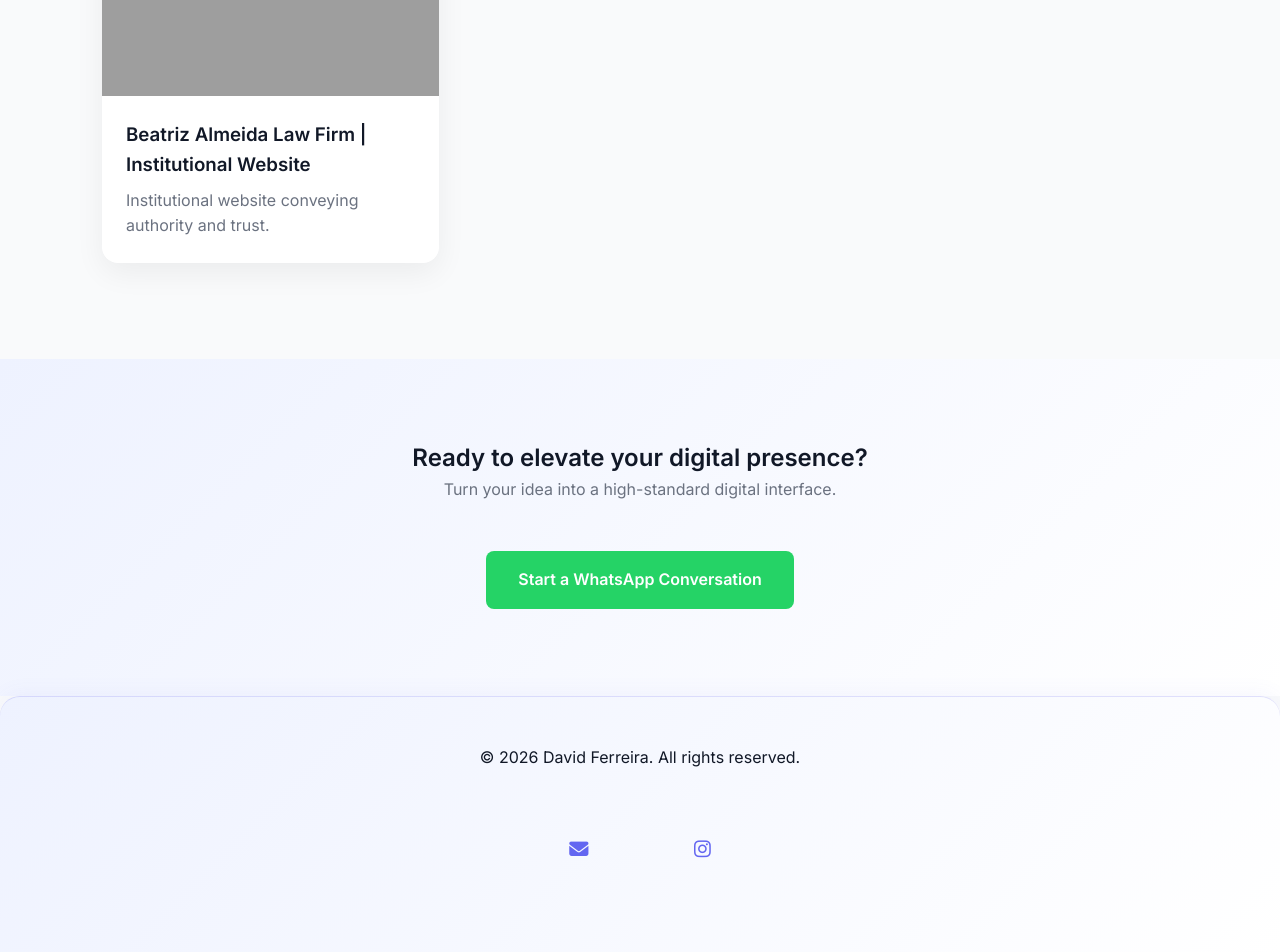
Repository: davidfsillva/David_Ferreira
Page: index.html
An editor plug-in stored every save of this project. The page is shown before and after a run of saves, followed by the edit.
The browser window is 1280 px wide. The pictures show the part of the page from y = 2022 to 2974 px (the page is 2974 px tall before and 2942 px after).
Pictures or frames that could not be fetched are drawn as grey boxes.

Above is the page before, as saved 2026-02-11 15:52:55.
Console error: TypeError: Cannot read properties of null (reading 'addEventListener')

### index.html
<!DOCTYPE html>
<html lang="en">
<head>
    <meta charset="UTF-8">
    <meta name="viewport" content="width=device-width, initial-scale=1.0">

    <title>David Ferreira | Front-end Developer & Premium UI Designer</title>

    <!-- Primary SEO -->
    <meta name="description" content="David Ferreira is a front-end developer specialized in premium interfaces, high-conversion landing pages, and modern digital experiences.">
    <meta name="keywords" content="Front-end Developer, Web Designer, UI Designer, Landing Page, Web Development, Freelancer Brazil">
    <meta name="author" content="David Ferreira">
    <meta name="robots" content="index, follow">
    <link rel="canonical" href="https://yourdomain.com/">

    <!-- Open Graph (Facebook, LinkedIn) -->
    <meta property="og:title" content="David Ferreira | Premium Front-end Developer">
    <meta property="og:description" content="High-standard digital interfaces focused on performance and conversion.">
    <meta property="og:image" content="https://yourdomain.com/preview.jpg">
    <meta property="og:url" content="https://yourdomain.com/">
    <meta property="og:type" content="website">

    <!-- Twitter Card -->
    <meta name="twitter:card" content="summary_large_image">
    <meta name="twitter:title" content="David Ferreira | Web Developer">
    <meta name="twitter:description" content="Premium web development focused on performance and modern design.">
    <meta name="twitter:image" content="https://yourdomain.com/preview.jpg">

    <!-- Favicon -->
    <link rel="icon" href="favicon.ico" type="image/x-icon">

    <!-- Fonts -->
    <link href="https://fonts.googleapis.com/css2?family=Inter:wght@300;400;600&family=Plus+Jakarta+Sans:wght@700;800&display=swap" rel="stylesheet">

    <!-- Font Awesome -->
    <link rel="stylesheet" href="https://cdnjs.cloudflare.com/ajax/libs/font-awesome/6.5.0/css/all.min.css" integrity="sha512-..." crossorigin="anonymous" referrerpolicy="no-referrer" />

    <link rel="stylesheet" href="style.css">
</head>

<body>

    <!-- NAVBAR -->
    <nav class="navbar">
        <div class="logo"><a href="#">David | Web Developer<span>.</span></a></div>

        <ul class="nav-links">
            <li><a href="#about">About</a></li>
            <li><a href="#portfolio">Projects</a></li>
            <li><a href="#contact" class="btn-sm">Contact</a></li>
        </ul>
    </nav>

    <!-- HERO -->
    <section class="hero">
        <div class="hero-content">
            <h1>Creating high-level digital <span> with code experiences</span></h1>
            <p>Front-end developer specialized in high-standard interfaces and landing pages focused on results.</p>
            <div class="hero-btns">
                <a href="#portfolio" class="btn-primary">See Projects</a>
                <a href="#contact" class="btn-secondary">Let's Talk</a>
            </div>
        </div>
        <div class="hero-visual">
            <div class="hero-glow"></div>
        </div>
    </section>

    <!-- ABOUT -->
    <section id="about" class="section">
        <h2>About Me</h2>
        <p>I'm David Ferreira, a Front-end developer focused on creating modern, functional websites with premium interfaces. I work with HTML, CSS, JavaScript, and React, prioritizing performance, design, and user experience.</p>
        <p>My goal is to help businesses and professionals stand out digitally through websites that convey trust and deliver real results.</p>
    </section>

    <!-- PORTFOLIO -->
    <section id="portfolio" class="portfolio">
        <div class="section-header">
            <h2>Selected Projects</h2>
            <p>A showcase of solutions focused on performance and design.</p>
        </div>
        <div class="portfolio-grid">
            <!-- Project 1 -->
            <a href="https://davidfsillva.github.io/Alex-Carter/" target="_blank" class="project-link">
                <div class="project-card">
                    <div class="card-image">
                        <img src="img/alex.png" alt="Alex Carter Project">
                        <div class="card-overlay"><span>View Details</span></div>
                    </div>
                    <div class="card-info">
                        <h3>Alex Carter | Landing Page</h3>
                        <p>Personal branding website for a professional athlete.</p>
                    </div>
                </div>
            </a>

            <!-- Project 2 -->
            <a href="https://davidfsillva.github.io/e-hammershark/" target="_blank" class="project-link">
                <div class="project-card">
                    <div class="card-image">
                        <img src="img/ecomerce.png" alt="Hammershark Project">
                        <div class="card-overlay"><span>View Details</span></div>
                    </div>
                    <div class="card-info">
                        <h3>Hammershark | E-commerce</h3>
                        <p>Fitness fashion e-commerce, focused on branding and shopping experience.</p>
                    </div>
                </div>
            </a>

            <!-- Project 3 -->
            <a href="https://davidfsillva.github.io/landing-page/" target="_blank" class="project-link">
                <div class="project-card">
                    <div class="card-image">
                        <img src="img/landingpage.png" alt="Landing Page Project">
                        <div class="card-overlay"><span>View Details</span></div>
                    </div>
                    <div class="card-info">
                        <h3>Lucas Andrade | Landing Page</h3>
                        <p>Strategic landing page for lead generation and conversion.</p>
                    </div>
                </div>
            </a>

            <!-- Project 4 -->
            <a href="https://davidfsillva.github.io/beatriz-almeida-adv/" target="_blank" class="project-link">
                <div class="project-card">
                    <div class="card-image">
                        <img src="img/adv.png" alt="Beatriz Almeida Law Firm Project">
                        <div class="card-overlay"><span>View Details</span></div>
                    </div>
                    <div class="card-info">
                        <h3>Beatriz Almeida Law Firm | Institutional Website</h3>
                        <p>Institutional website conveying authority and trust.</p>
                    </div>
                </div>
            </a>
        </div>
    </section>

    <!-- CTA / CONTACT -->
    <section id="contact" class="cta-section">
        <h2>Ready to elevate your digital presence?</h2>
        <p>Turn your idea into a high-standard digital interface.</p>
        <a href="https://wa.me/5511990242453" target="_blank" class="btn-whatsapp">Start a WhatsApp Conversation</a>
    </section>

    <!-- FOOTER -->
    <footer>
        <div class="footer-content">
            <p>&copy; 2026 David Ferreira. All rights reserved.</p>
            <div class="social-links">
                <a href="mailto:davidfsillva@icloud.com" target="_blank" rel="noopener noreferrer"><i class="fa-solid fa-envelope"></i></a>
                <a href="https://www.instagram.com/david_websites?igsh=MWdmZWJ3MW80N3JsNQ==" target="_blank" rel="noopener noreferrer"><i class="fa-brands fa-instagram"></i></a>
            </div>
        </div>
    </footer>

    <script src="scripts.js"></script>
</body>
</html>

### style.css
:root {
  --primary: #6366f1;
  --primary-light: #818cf8;
  --accent: #a855f7;
  --text-dark: #111827;
  --text-light: #6b7280;
  --bg-light: #f9fafb;
  --white: #ffffff;
  --transition: all 0.3s ease;
}

/* RESET */
* {
  margin: 0;
  padding: 0;
  box-sizing: border-box;
}

html {
  scroll-behavior: smooth;   /* já tinha */
  scroll-padding-top: 70px; /* ajuste esse valor para altura da navbar */
}


body {
  font-family: 'Inter', sans-serif;
  background: var(--bg-light);
  color: var(--text-dark);
  line-height: 1.6;
  animation: fadePage 0.8s ease-in-out;
}

@keyframes fadePage {
  from { opacity: 0; transform: translateY(10px); }
  to { opacity: 1; transform: translateY(0); }
}

/* NAVBAR */
.navbar {
  position: fixed;
  width: 100%;
  top: 0;
  padding: 1.5rem 8%;
  display: flex;
  justify-content: space-between;
  align-items: center;
  background: rgba(255,255,255,0.85);
  backdrop-filter: blur(12px);
  box-shadow: 0 4px 20px rgba(0,0,0,0.05);
  z-index: 1000;
  transition: var(--transition);
}

.logo {
  font-family: 'Plus Jakarta Sans', sans-serif;
  font-weight: 800;
  font-size: 1.5rem;
}

.logo a {
  text-decoration: none;   /* remove o sublinhado */
  color: var(--text-dark); /* cor principal da logo */
  font-weight: 800;
  font-size: 1.5rem;
}

.logo a span {
  color: var(--primary);   /* deixa apenas o ponto colorido */
}


.logo span {
  color: var(--primary);
}

.nav-links {
  display: flex;
  list-style: none;
  gap: 2rem;
}

.nav-links a {
  text-decoration: none;
  color: var(--text-light);
  font-weight: 500;
  transition: var(--transition);
}

.nav-links a:hover {
  color: var(--primary);
  transform: translateY(-2px);
}

/* HERO */
.hero {
  min-height: 100vh;
  padding: 120px 8% 80px; /* aumentei de 60px para 80px */
  display: flex;
  align-items: center;
  justify-content: space-between;
  background: linear-gradient(135deg, #eef2ff, #ffffff);
  flex-wrap: wrap;
}

.hero-content {
  max-width: 600px;
  animation: heroFade 1s ease 0.2s both;
}

@keyframes heroFade {
  from { opacity: 0; transform: translateY(40px); }
  to { opacity: 1; transform: translateY(0); }
}

.badge {
  display: inline-block;
  padding: 0.5rem 1rem;
  background: rgba(99,102,241,0.1);
  color: var(--primary);
  border-radius: 20px;
  font-size: 0.8rem;
  font-weight: 600;
  margin-bottom: 1.5rem;
}

.hero h1 {
  font-family: 'Plus Jakarta Sans', sans-serif;
  font-size: clamp(2rem, 5vw, 3.5rem);
  line-height: 1.2;
  margin-bottom: 1.5rem;
}

.hero h1 span {
  background: linear-gradient(90deg, var(--primary), var(--accent));
  -webkit-background-clip: text;
  -webkit-text-fill-color: transparent;
}

.hero p {
  font-size: 1.1rem;
  color: var(--text-light);
  margin-bottom: 2rem;
}

/* BUTTONS */
.btn-primary,
.btn-secondary,
.btn-whatsapp {
  display: inline-block;
  padding: 0.9rem 2rem;
  border-radius: 8px;
  text-decoration: none;
  font-weight: 600;
  transition: all 0.3s ease;
  position: relative;
  overflow: hidden;
}

.btn-primary {
  background: linear-gradient(90deg, var(--primary), var(--accent));
  color: white;
  box-shadow: 0 10px 25px rgba(99,102,241,0.3);
}

.btn-primary:hover {
  transform: translateY(-4px) scale(1.03);
}

.btn-primary:active {
  transform: scale(0.96);
}

.btn-primary::after {
  content: "";
  position: absolute;
  width: 200%;
  height: 200%;
  background: radial-gradient(circle, rgba(255,255,255,0.4), transparent 60%);
  top: -50%;
  left: -50%;
  opacity: 0;
  transition: opacity 0.4s ease;
}

.btn-primary:hover::after {
  opacity: 1;
}

.btn-secondary {
  border: 1px solid #e5e7eb;
  color: var(--text-dark);
  margin-left: 1rem;
  box-shadow: 0 5px 25px rgba(99,102,241,0.3);

}

.btn-secondary:hover {
  background: #f3f4f6;
  transform: translateY(-4px);
}

.btn-secondary:active {
  transform: scale(0.96);
}

.btn-whatsapp {
  background: linear-gradient(90deg, #25d366, #1ebe57);
  color: white;
  padding: 1rem 2rem;
  border-radius: 8px;
  font-weight: 600;
  transition: var(--transition);
}

.btn-whatsapp:hover {
  transform: translateY(-3px) scale(1.03);
  box-shadow: 0 8px 20px rgba(37,211,102,0.4);
}

.btn-whatsapp:active {
  transform: scale(0.96);
}

.hero-btns {
  display: flex;
  flex-wrap: wrap;
}

#about {
  text-align: center;
  max-width: 1200px;
  margin: 4rem auto 0; /* adiciona mais distância do Hero */
  padding: 6rem 8%;
  background: linear-gradient(135deg, #eef2ff 0%, #ffffff 100%);
  border-radius: 20px;
  box-shadow: 0 15px 40px rgba(99,102,241,0.15);
  position: relative;
  overflow: hidden;
}

#about::before {
  content: "";
  position: absolute;
  width: 200px;
  height: 200px;
  background: radial-gradient(circle, rgba(163,155,253,0.2), transparent 70%);
  top: -50px;
  right: -50px;
  border-radius: 50%;
  z-index: 0;
  animation: pulseGlow 6s infinite ease-in-out;
}

#about h2 {
  font-family: 'Plus Jakarta Sans', sans-serif;
  font-size: clamp(2rem, 4vw, 2.5rem);
  margin-bottom: 2rem;
  position: relative;
  z-index: 1;
  background: linear-gradient(90deg, var(--primary), var(--accent));
  -webkit-background-clip: text;
  -webkit-text-fill-color: transparent;
}

#about p {
  font-size: 1.05rem;
  line-height: 1.9;
  color: var(--text-dark);
  margin-bottom: 1.8rem;
  position: relative;
  z-index: 1;
  opacity: 0;
  transform: translateY(20px);
  animation: fadeUp 1s forwards;
  animation-delay: 0.3s;
}

/* Animação suave */
@keyframes fadeUp {
  to {
    opacity: 1;
    transform: translateY(0);
  }
}



/* HERO VISUAL */
.hero-visual {
  flex: 1;
  min-height: 400px;
  display: flex;
  justify-content: center;
  align-items: center;
}

.hero-glow {
  width: 380px;
  height: 380px;
  background: url('img/dashboard.png') no-repeat center center;
  background-size: contain;
  animation: float-rotate 8s ease-in-out infinite;
}

@keyframes float-rotate {
  0%   { transform: translateY(0px) rotate(0deg); }
  50%  { transform: translateY(-10px) rotate(3deg); }
  100% { transform: translateY(0px) rotate(0deg); }
}

/* PORTFOLIO */
.portfolio {
  padding: 6rem 8%;
}

.section-header {
  text-align: center;
  margin-bottom: 4rem;
}

.section-header h2 {
  font-family: 'Plus Jakarta Sans', sans-serif;
  font-size: 2.2rem;
  margin-bottom: 1rem;
  color: var(--primary)
}

.section-header p {
  color: var(--text-light);
}

.portfolio-grid {
  display: grid;
  grid-template-columns: repeat(auto-fit, minmax(280px, 1fr));
  gap: 2rem;
}

.project-card {
  background: var(--white);
  border-radius: 16px;
  overflow: hidden;
  box-shadow: 0 10px 30px rgba(0,0,0,0.06);
  cursor: pointer;
  transition: transform 0.4s ease, box-shadow 0.4s ease;
  will-change: transform;
}

.project-card:hover {
  transform: translateY(-12px) scale(1.03);
  box-shadow: 0 25px 50px rgba(99,102,241,0.2);
}

.card-image {
  position: relative;
  overflow: hidden;
}

.card-image img {
  width: 100%;
  height: 220px;
  object-fit: cover;
  display: block;
  transition: transform 0.6s ease;
}

.project-card:hover .card-image img {
  transform: scale(1.08);
}

.card-overlay {
  position: absolute;
  inset: 0;
  background: rgba(99,102,241,0.8);
  display: flex;
  justify-content: center;
  align-items: center;
  color: white;
  font-weight: 600;
  opacity: 0;
  transition: opacity 0.4s ease;
}

.project-card:hover .card-overlay {
  opacity: 1;
}

.card-info {
  padding: 1.5rem;
}

.card-info h3 {
  margin-bottom: 0.5rem;
}

.card-info p {
  color: var(--text-light);
}

.project-link {
  text-decoration: none;
  color: inherit;
  display: block;
}


/* CTA */
.cta-section {
  padding: 5rem 8%;
  text-align: center;
  background: linear-gradient(135deg, #eef2ff, #ffffff);
}

/* FOOTER */
footer {
  padding: 3rem 5%;
  background: linear-gradient(135deg, #eef2ff, #ffffff); /* leve gradiente */
  border-top: 1px solid rgba(99,102,241,0.2); /* linha discreta */
  text-align: center;
  border-radius: 20px 20px 0 0;
  box-shadow: 0 -4px 20px rgba(99,102,241,0.05);
}

.footer-content {
  display: flex;
  flex-direction: column;
  align-items: center;
  gap: 1.5rem; /* aumenta espaço entre elementos */
}

.footer-content p {
  color: var(--text-dark);
  font-weight: 500;
  font-size: 1rem;
}

.social-links {
  display: flex;
  gap: 1rem; /* distância entre ícones */
}

.social-links a {
  color: var(--primary);
  padding: 2.8rem;
  border-radius: 30%; /* círculo perfeito */
  font-size: 1.2rem;
  display: flex;
  justify-content: center;
  align-items: center;
  transition: all 0.3s ease;
  text-decoration: none;
}

.social-links a:hover {
  transform: translateY(-3px) scale(1.1);
  color: var(--primary);
}


.cta-section p {
  color: var(--text-light);
  margin-bottom: 2.5rem; /* aumenta espaço abaixo do texto */
}

.btn-whatsapp {
  display: inline-block;
  background: #25d366;
  color: white;
  padding: 1rem 2rem;
  border-radius: 8px;
  text-decoration: none;
  font-weight: 600;
  transition: var(--transition);
  margin-top: 0.5rem; /* pequeno respiro extra */
}


/* MODAL */
.modal-overlay {
  position: fixed;
  inset: 0;
  background: rgba(0,0,0,0.6);
  display: none;
  justify-content: center;
  align-items: center;
  padding: 2rem;
  z-index: 2000;
}

.modal-content {
  background: white;
  width: 100%;
  max-width: 900px;
  border-radius: 20px;
  overflow: hidden;
  animation: modalZoom 0.4s cubic-bezier(.23,1,.32,1);
  position: relative;
}

@keyframes modalZoom {
  from { opacity: 0; transform: scale(0.85) translateY(20px); }
  to { opacity: 1; transform: scale(1) translateY(0); }
}

.modal-body {
  display: grid;
  grid-template-columns: 1fr 1fr;
}

.modal-img {
  min-height: 300px;
  background-size: cover !important;
}

.modal-text {
  padding: 2rem;
}

.close-modal {
  position: absolute;
  top: 20px;
  right: 25px;
  background: none;
  border: none;
  font-size: 2rem;
  cursor: pointer;
  transition: transform 0.3s ease;
}

.close-modal:hover {
  transform: rotate(90deg);
}

/* RESPONSIVO */
@media (max-width: 900px) {
  .hero {
    flex-direction: column;
    text-align: center;
  }

  .hero-visual {
    margin-top: 3rem;
  }

  .hero-btns {
    display: flex;
    justify-content: center;
    align-items: center; /* garante alinhamento vertical */
    gap: 1rem;
    flex-wrap: wrap;
  }

    .hero-btns a {
    margin: 0; /* remove margens extras que possam deslocar os botões */
  }
}

@media (max-width: 600px) {
  .navbar {
    padding: 1rem 5%;
  }

  .nav-links {
    display: none;
  }

  .hero {
    padding: 100px 5% 60px;
  }

    .hero-btns {
    justify-content: center; /* centraliza horizontalmente */
    gap: 1rem; /* mantém espaçamento entre os botões */
    flex-wrap: wrap;
  }


  .portfolio {
    padding: 4rem 5%;
  }

  .cta-section {
    padding: 4rem 5%;
  }

  footer {
    padding: 2rem 5%;
  }

  .footer-content {
    flex-direction: column;
    text-align: center;
  }

  .social-links a {
    margin: 0 0.5rem;
  }
}

### scripts.js
// =============================
// NAVBAR SCROLL EFFECT
// =============================
const navbar = document.querySelector(".navbar");

window.addEventListener("scroll", () => {
  if (window.scrollY > 50) {
    navbar.style.padding = "1rem 8%";
    navbar.style.boxShadow = "0 8px 25px rgba(0,0,0,0.08)";
  } else {
    navbar.style.padding = "1.5rem 8%";
    navbar.style.boxShadow = "0 4px 20px rgba(0,0,0,0.05)";
  }
});

// =============================
// MODAL FUNCTIONALITY
// =============================
const modal = document.querySelector(".modal-overlay");
const modalImg = document.querySelector(".modal-img");
const modalTitle = document.querySelector(".modal-text h3");
const modalDesc = document.querySelector(".modal-text p");
const closeModal = document.querySelector(".close-modal");

const projectCards = document.querySelectorAll(".project-card");

projectCards.forEach(card => {
  card.addEventListener("click", () => {
    const title = card.querySelector("h3").innerText;
    const desc = card.querySelector("p").innerText;
    const img = card.querySelector("img").src;

    modalTitle.innerText = title;
    modalDesc.innerText = desc;
    modalImg.style.backgroundImage = `url(${img})`;

    modal.style.display = "flex";
    document.body.style.overflow = "hidden";
  });
});

// Fechar modal
closeModal.addEventListener("click", () => {
  modal.style.display = "none";
  document.body.style.overflow = "auto";
});

// Fechar clicando fora
modal.addEventListener("click", (e) => {
  if (e.target === modal) {
    modal.style.display = "none";
    document.body.style.overflow = "auto";
  }
});

// Fechar com ESC
document.addEventListener("keydown", (e) => {
  if (e.key === "Escape") {
    modal.style.display = "none";
    document.body.style.overflow = "auto";
  }
});

// =============================
// SCROLL REVEAL ANIMATION
// =============================
const revealElements = document.querySelectorAll(
  ".hero-content, .project-card, .section-header, .cta-section"
);

const observer = new IntersectionObserver(
  (entries) => {
    entries.forEach(entry => {
      if (entry.isIntersecting) {
        entry.target.style.opacity = "1";
        entry.target.style.transform = "translateY(0)";
      }
    });
  },
  { threshold: 0.2 }
);

revealElements.forEach(el => {
  el.style.opacity = "0";
  el.style.transform = "translateY(40px)";
  el.style.transition = "all 0.8s ease";
  observer.observe(el);
});

// =============================
// BUTTON MICRO INTERACTION
// =============================
const buttons = document.querySelectorAll(".btn-primary, .btn-secondary, .btn-whatsapp");

buttons.forEach(btn => {
  btn.addEventListener("mouseenter", () => {
    btn.style.transform = "scale(1.05)";
  });

  btn.addEventListener("mouseleave", () => {
    btn.style.transform = "scale(1)";
  });
});

After the next 2 saves:
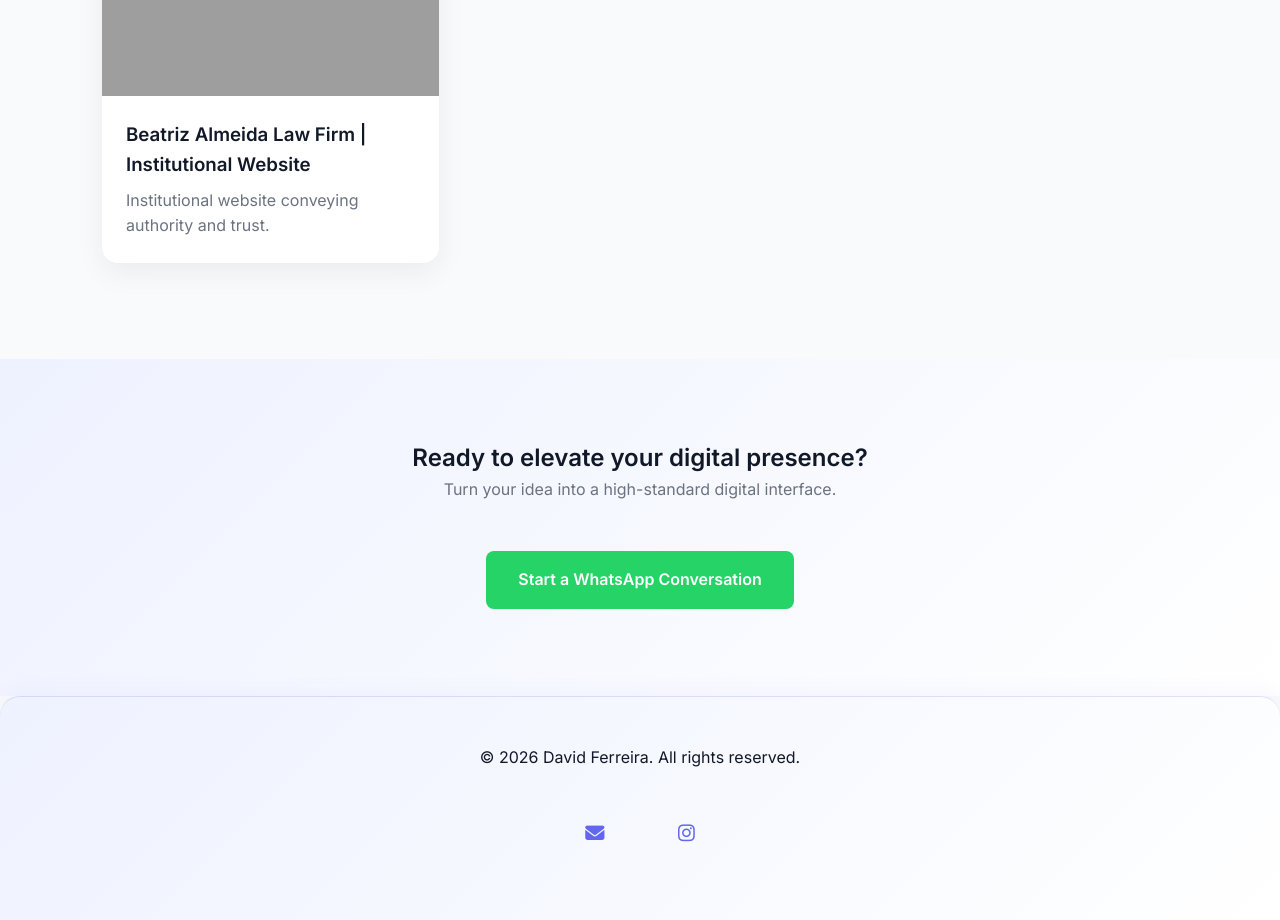
The 2 saves are shown as one change because they came seconds apart.
The last was saved 7 s later.
--- a/style.css
+++ b/style.css
@@ -440,7 +440,7 @@ footer {
 
 .social-links a {
   color: var(--primary);
-  padding: 2.8rem;
+  padding: 1.8rem;
   border-radius: 30%; /* círculo perfeito */
   font-size: 1.2rem;
   display: flex;
